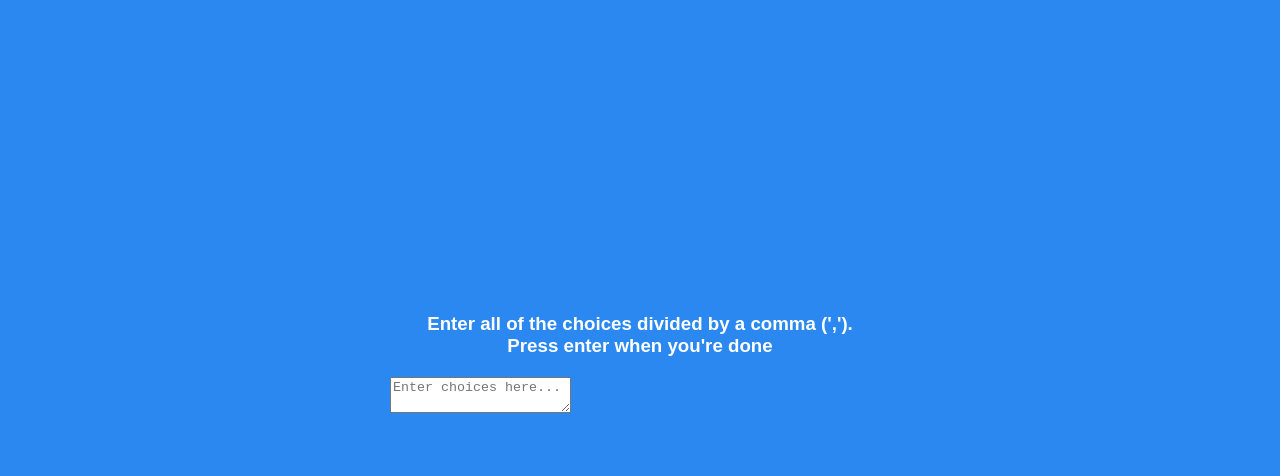
Repository: Williamlmachado/Random-Choice
Page: index.html
An editor plug-in stored every save of this project. The page is shown before and after the next save, followed by the edit.
The browser window is 1280 px wide. The pictures show the whole page.
Some web fonts or font styles are not loaded; a fallback is used.

Above is the page before, as saved 2021-08-23 13:05:48.

### style.css
@import url('https://fonts.googleapis.com/css?family=Muli&display=swap');

* {
  box-sizing: border-box;
}

body {
  background-color: #2b88f0;
  font-family: 'Muli', sans-serif;
  display: flex;
  flex-direction: column;
  align-items: center;
  justify-content: center;
  height: 100vh;
  overflow: hidden;
  margin: 0;
}

h3{
    color: #fff;
    margin: 10px 0 20px;
    text-align: center;
}

.container{
    width: 500px;
}

.textarea{
    border: none;
    display: block;
    width: 100%;
    height: 100px;
    font-family: inherit;
    padding: 10px;
    margin: 0 0 20px;
    font-size: 16px;
}


textarea:focus {
    outline: none;
  }

.tag {
    background-color: #f0932b;
    color: #fff;
    border-radius: 50px;
    padding: 10px 20px;
    margin: 0 5px 10px 0;
    font-size: 14px;
    display: inline-block;
  }

.tag.highlight{
    background-color: #273c75;
}

### script.js
const tagsEl = document.getElementById('tags')
const textarea =document.getElementById('textarea')

textarea.focus()

textarea.addEventListener('keyup', (e) =>{
    createTags(e.target.value)

    if(e.key === ' Enter')
        setTimeout(() => {
            e.target.value = ''
        }, 10)

        randomSelect()

})
function createTags(input){
    const tags = input.split(',').filter(tag => tag.trim() !== '').map(tag.trim())
    console.log(tags)
    tagsEl.innerHTML = ''

    tags.forEach( tag => {
        const tagEl = document.createElement('span')
        tagEl.classList.add('tag')
        tagEl.innerText = tag
        tagEl.appendChild(tagEl)
    })
}
function randomSelect(){
    console.log(123)
}

Loaded but not shown: index.html (common file)

After the next save:
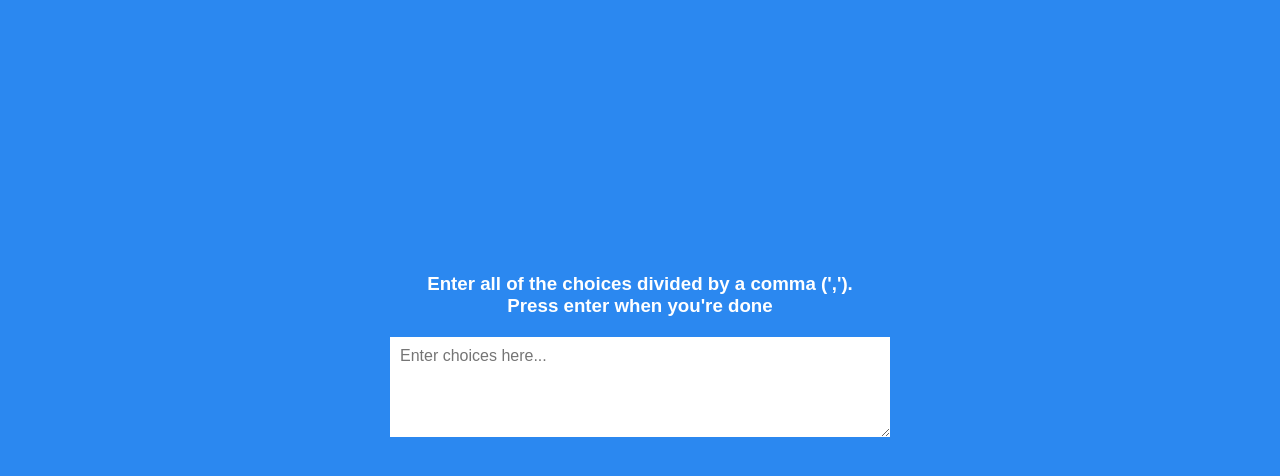
Saved 26 s later.
--- a/style.css
+++ b/style.css
@@ -16,42 +16,41 @@ body {
   margin: 0;
 }
 
-h3{
-    color: #fff;
-    margin: 10px 0 20px;
-    text-align: center;
+h3 {
+  color: #fff;
+  margin: 10px 0 20px;
+  text-align: center;
 }
 
-.container{
-    width: 500px;
+.container {
+  width: 500px;
 }
 
-.textarea{
-    border: none;
-    display: block;
-    width: 100%;
-    height: 100px;
-    font-family: inherit;
-    padding: 10px;
-    margin: 0 0 20px;
-    font-size: 16px;
+textarea {
+  border: none;
+  display: block;
+  width: 100%;
+  height: 100px;
+  font-family: inherit;
+  padding: 10px;
+  margin: 0 0 20px;
+  font-size: 16px;
 }
 
-
 textarea:focus {
-    outline: none;
-  }
+  outline: none;
+}
 
 .tag {
-    background-color: #f0932b;
-    color: #fff;
-    border-radius: 50px;
-    padding: 10px 20px;
-    margin: 0 5px 10px 0;
-    font-size: 14px;
-    display: inline-block;
-  }
+  background-color: #f0932b;
+  color: #fff;
+  border-radius: 50px;
+  padding: 10px 20px;
+  margin: 0 5px 10px 0;
+  font-size: 14px;
+  display: inline-block;
+}
 
-.tag.highlight{
-    background-color: #273c75;
+.tag.highlight {
+  background-color: #273c75;
 }
